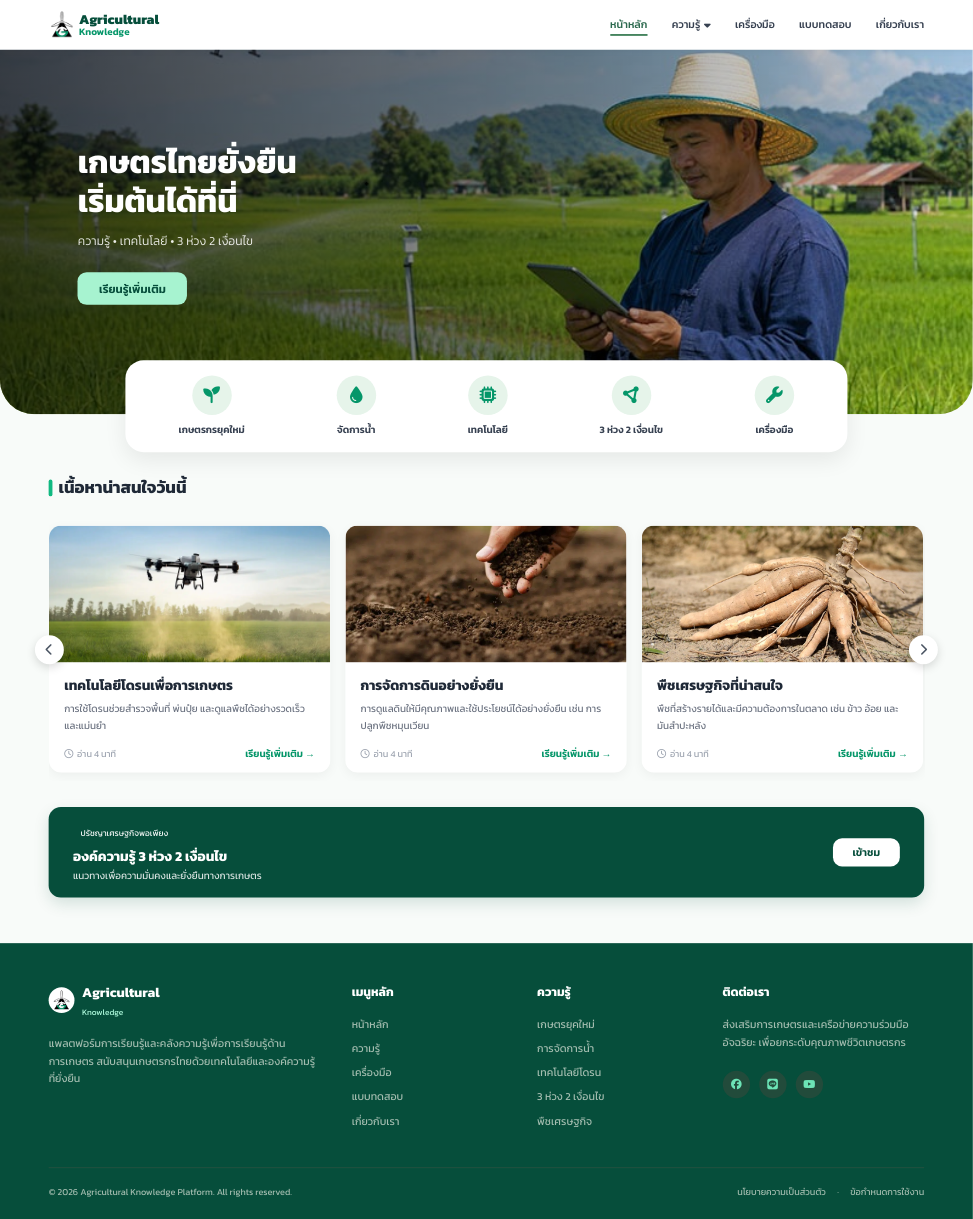
Repository: nuwat-wa/Project-WebdesignAG
Page: index.html
The author's editor kept a copy of each file at every save. The page is drawn from the files as they stood at one save, then again after the next save.
The browser window is 1280 px wide. The pictures show the whole page, at 76% of full size.

Above is the page before, as saved 2026-10-03 20:56:30.

After the next save:
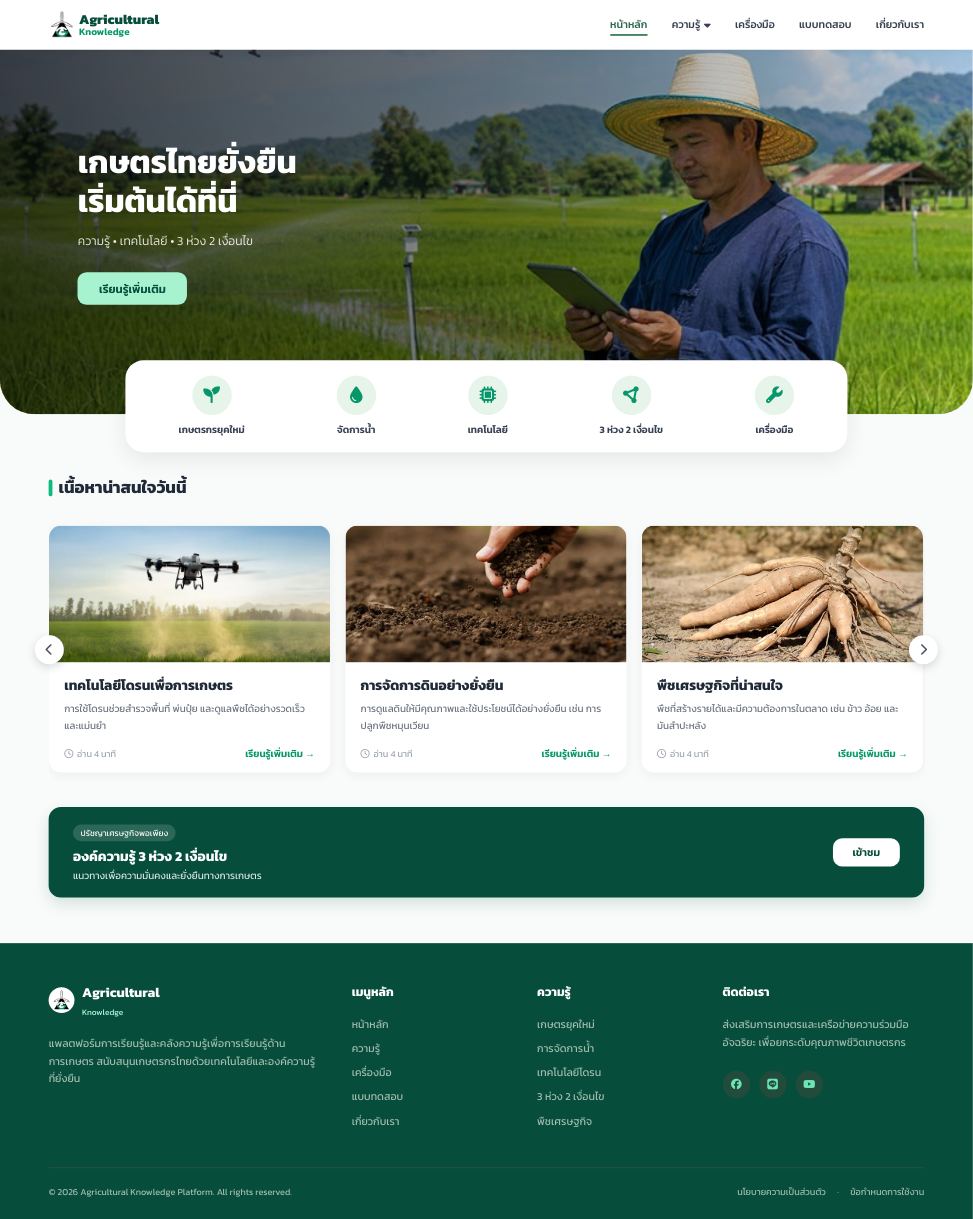
Saved 12 s later.
--- a/style/index.css
+++ b/style/index.css
@@ -521,7 +521,7 @@ body {
   display: inline-block;
   margin-bottom: 6px;
   padding: 3px 10px;
-  /* background: rgba(255, 255, 255, 0.15); */
+  background: rgba(255, 255, 255, 0.15);
   border-radius: 20px;
   font-size: 11px;
 }
